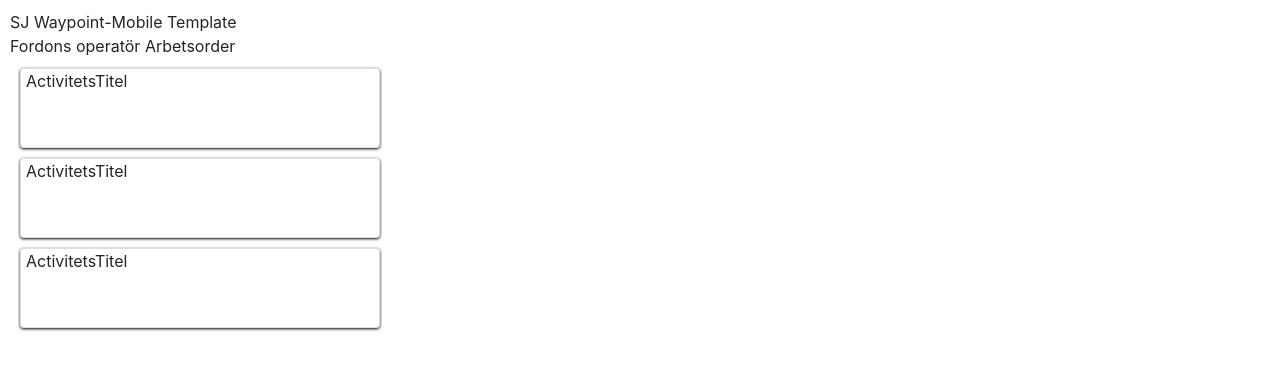
Repository: AdrianaLarsson/yarn-next-typescript
Page: /
The author's editor kept a copy of each file at every save. The page is drawn from the files as they stood at one save, then again after a run of saves.
The browser window is 1280 px wide. The pictures show the whole page.
The project was rebuilt for these pictures with package versions that can differ from the ones it lists, and the page was loaded fresh each time. The framework's server and built-in components were replaced by stand-ins that run in the browser.

Above is the page before, as saved 2021-02-28 11:47:09.

### pages/_app.tsx
// Functionality
import type { AppProps } from 'next/app';
import Head from 'next/head';

// Styling
import 'bootstrap/dist/css/bootstrap.min.css';
import GlobalStyle from '../styles/Globals';
import { sjTheme } from '../styles/Theme';
import { ThemeProvider } from 'styled-components';

// Utils
import GlobalContext from '../components/particles/GlobalContext';

function MyApp({ Component, pageProps }: AppProps): JSX.Element {
  return (
    <>
      <Head>
        <title>SJ Template uhdiuasuasuash</title>
        <meta
          name="viewport"
          content="initial-scale=1.0, width=device-width"
          key="viewport"
        />
        <link rel="favicon" href="/favicon.ico" />
      </Head>
      <GlobalStyle />
      <ThemeProvider theme={sjTheme}>
        <GlobalContext.Provider value={'Context test value'}>
          <Component {...pageProps} />
        </GlobalContext.Provider>
      </ThemeProvider>
    </>
  );
}

export default MyApp;

### pages/index.tsx
// Functionality
import { GetServerSideProps, GetServerSidePropsContext } from 'next';
import VehicleOpreator from '../components/WorkOrderVehicleOperator/vehicleopreator';
import GlobalStyle from '../styles/Globals'
interface serverSideProps {
  dummyPropsValue: string;
}

const Index = (props: serverSideProps): JSX.Element => {
  return (
    <div>
      <main>
        <div>SJ Waypoint-Mobile Template</div>
        <VehicleOpreator/>
        <div>
        </div>
      </main>
    </div>
  );
};

export const getServerSideProps: GetServerSideProps = async (
  context: GetServerSidePropsContext
) => {
  return {
    props: {
      dummyPropsValue: context.resolvedUrl
    }
  };
};

export default Index;

### styles/Globals.ts
import { createGlobalStyle } from 'styled-components';

export default createGlobalStyle`
    body,
    container {
      padding: 10px;
      display: center;
      flex-direction: column;
      align-items: center;
    },
    html {
        padding: 0;
        margin: 0;
        font-family: "-apple-system", "BlinkMacSystemFont", "Segoe UI", "Roboto",
            "Oxygen", "Ubuntu", "Cantarell", "Fira Sans", "Droid Sans", "Helvetica Neue",
            "sans-serif";
        height: 1px;
        margin: auto;
    }
    a {
        color: inherit;
        text-decoration: none;
    }
    * {
        -webkit-box-sizing: border-box;
        box-sizing: border-box;
    }
`;

### styles/Theme.ts
import { DefaultTheme } from 'styled-components';

const sjTheme: DefaultTheme = {
  colors: {
    main: 'black',
    secondary: 'gray'
  }
};

export { sjTheme };

### components/particles/GlobalContext.tsx
import { createContext } from 'react';

const GlobalContext = createContext(null);

export default GlobalContext;

### components/WorkOrderVehicleOperator/vehicleopreator.tsx
import React from 'react'
import StyledCard from '../organisms/Card/Card'

function vehicleOpreator() {
    return (
        <div>
            Fordons operatör Arbetsorder
         <StyledCard>
             ActivitetsTitel
         </StyledCard>
         <StyledCard>
             ActivitetsTitel
         </StyledCard>
         <StyledCard>
             ActivitetsTitel
         </StyledCard>
        </div>
    )
}

export default vehicleOpreator

### components/organisms/Card/Card.tsx
//Components
import Card from 'react-bootstrap/Card';
//Packages
import styled from 'styled-components/'
import px2vw from '../../../styles/px2vw';

const StyledCard = styled(Card)`
display: flex;
width: ${px2vw(280, 320)};
height: 5em;
margin: 10px;
padding-left: 5px;
background-color: rgba(0,0,0,0.0);
box-shadow: 0 1px 3px 0 rgba(0,0,0, 1.5);
border-radius: 4px;
@media (min-width: 1024px) {
    width: ${px2vw(90, 320)};
  }
`;
export default StyledCard;

Loaded but not shown: styles/px2vw.tsx (common file)

After the next 2 saves:
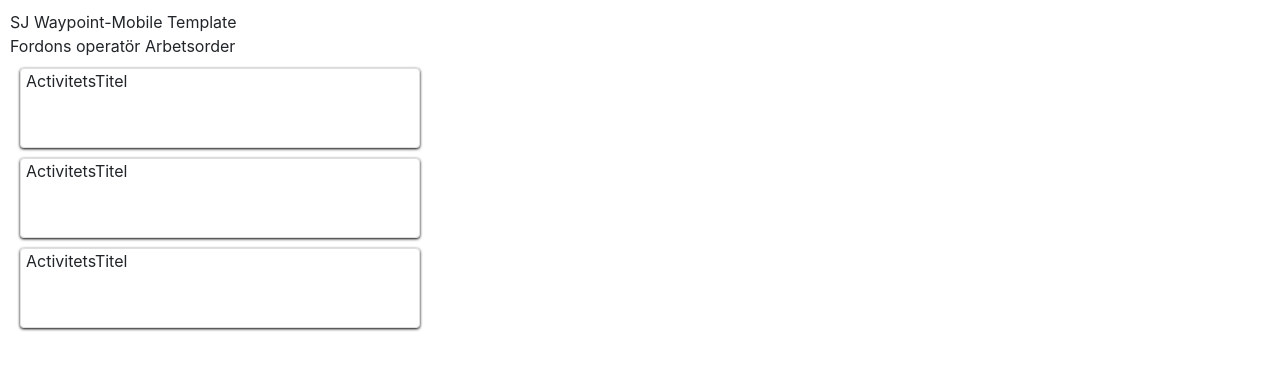
The 2 saves are shown as one change because they came seconds apart.
The last was saved 6 s later.
--- a/components/organisms/Card/Card.tsx
+++ b/components/organisms/Card/Card.tsx
@@ -14,7 +14,7 @@ background-color: rgba(0,0,0,0.0);
 box-shadow: 0 1px 3px 0 rgba(0,0,0, 1.5);
 border-radius: 4px;
 @media (min-width: 1024px) {
-    width: ${px2vw(90, 320)};
+    width: ${px2vw(100, 320)};
   }
 `;
 export default StyledCard;
